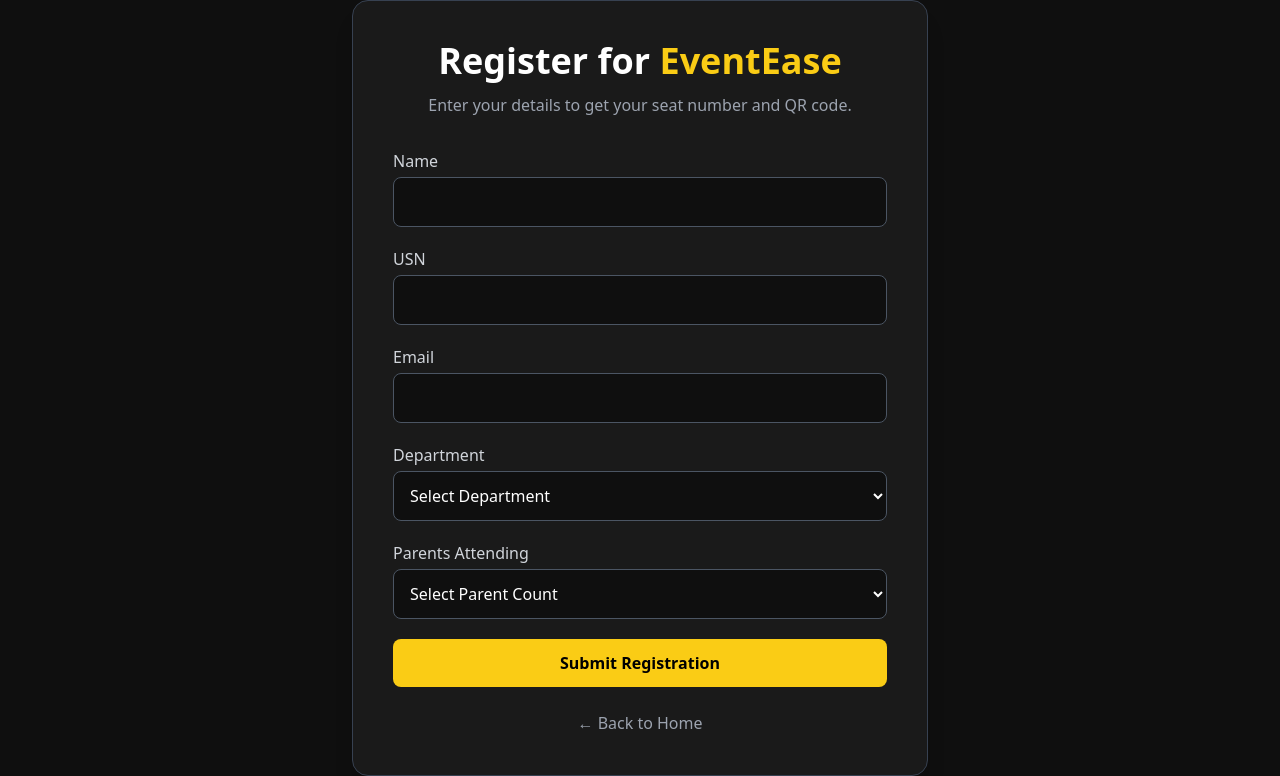
Repository: shravanramakunja/EventEase
Page: http://localhost/register
An editor plug-in stored every save of this project. The page is shown before and after the next save, followed by the edit.
The browser window is 1280 px wide. The pictures show the whole page.
Some web libraries are served in a nearby version. The page is served by the project's Node server (server.js).

Above is the page before, as saved 2025-11-29 16:15:57.

After the next save:
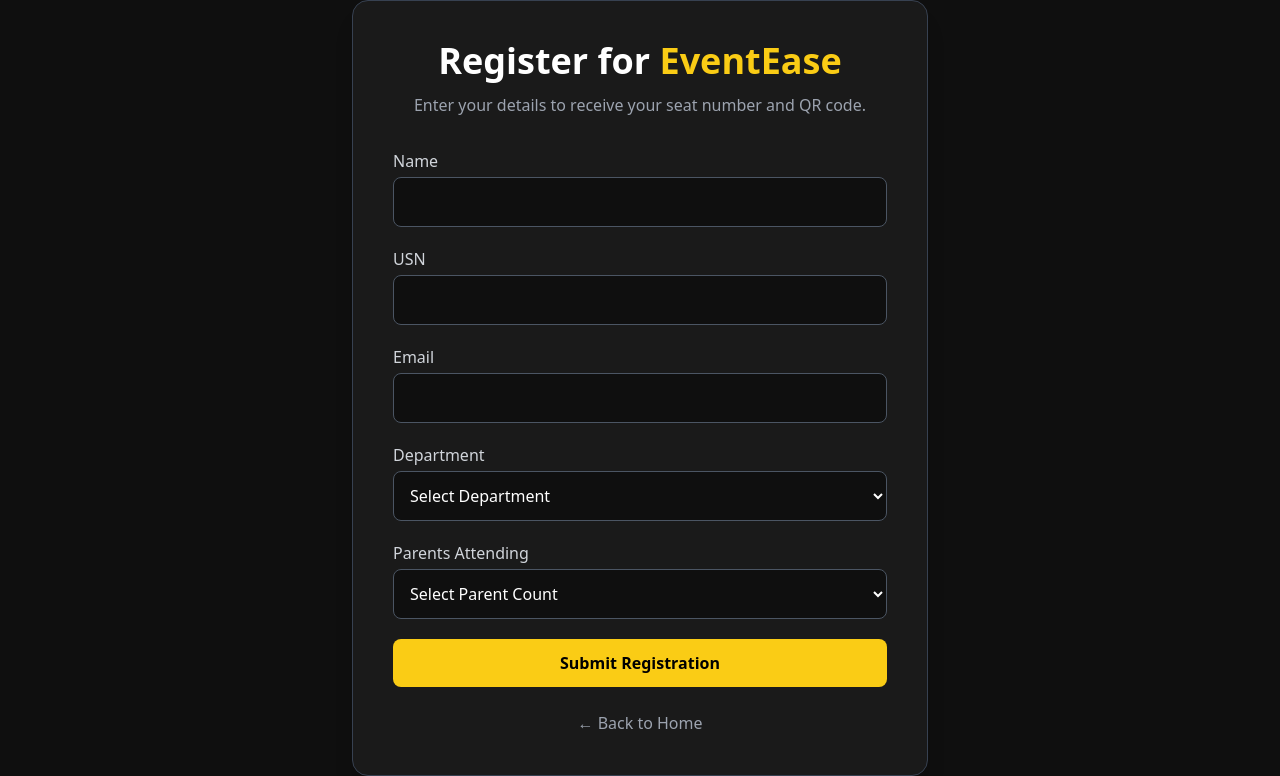
Saved 10 min 15 s later.
--- a/views/register.ejs
+++ b/views/register.ejs
@@ -15,7 +15,7 @@
     </h1>
 
     <p class="text-center text-gray-400 mb-8">
-      Enter your details to get your seat number and QR code.
+      Enter your details to receive your seat number and QR code.
     </p>
 
     <form action="/register" method="POST" class="space-y-5">
@@ -50,7 +50,7 @@
           class="w-full p-3 rounded-lg bg-[#0f0f0f] border border-gray-600 text-white focus:border-yellow-400 focus:outline-none">
       </div>
 
-      <!-- DEPARTMENT DROPDOWN -->
+      <!-- DEPARTMENT DROPDOWN (MATCHES CONSTANTS.JS) -->
       <div>
         <label class="block mb-1 text-gray-300 font-medium">Department</label>
         <select
@@ -60,16 +60,23 @@
 
           <option value="" disabled selected>Select Department</option>
 
-          <option value="CSE">CSE – Computer Science Engineering</option>
-          <option value="ISE">ISE – Information Science Engineering</option>
-          <option value="ECE">ECE – Electronics & Communication</option>
-          <option value="EEE">EEE – Electrical & Electronics</option>
-          <option value="ME">ME – Mechanical Engineering</option>
-          <option value="CE">CE – Civil Engineering</option>
-          <option value="AI & ML">AI & ML – Artificial Intelligence & Machine Learning</option>
-          <option value="AI & DS">AI & DS – Artificial Intelligence & Data Science</option>
-          <option value="RA">Robotics & Automation</option>
-          <option value="BCA">BCA / Computer Applications</option>
+          <option value="Aeronautical Engineering (AE)">Aeronautical Engineering (AE)</option>
+          <option value="Civil Engineering (CE)">Civil Engineering (CE)</option>
+
+          <option value="Aerospace Engineering (ASE)">Aerospace Engineering (ASE)</option>
+          <option value="Chemical Engineering (CHE)">Chemical Engineering (CHE)</option>
+
+          <option value="Electronics and Communication Engineering (ECE)">Electronics and Communication Engineering (ECE)</option>
+          <option value="Industrial IOT (IIoT)">Industrial IOT (IIoT)</option>
+
+          <option value="Computer Science and Engineering and Data Science (CD)">Computer Science and Engineering and Data Science (CD)</option>
+          <option value="Artificial Intelligence and Machine Learning (AI & ML)">Artificial Intelligence and Machine Learning (AI & ML)</option>
+          <option value="Computer Science and Design (CG)">Computer Science and Design (CG)</option>
+
+          <option value="Computer Science and Engineering (CSE)">Computer Science and Engineering (CSE)</option>
+          <option value="Information Science and Engineering (ISE)">Information Science and Engineering (ISE)</option>
+
+          <option value="Mechanical Engineering (ME)">Mechanical Engineering (ME)</option>
 
         </select>
       </div>
